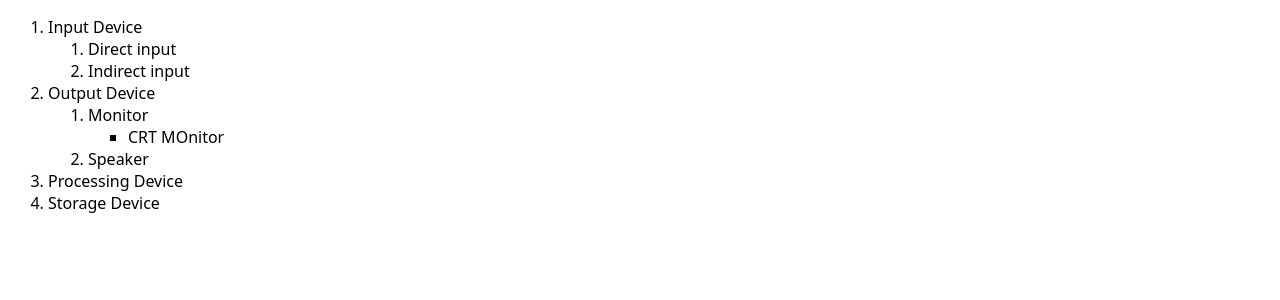
Repository: SharonSebastian32/Nested_List_in_html
Page: index.html
These files come from the project's save history. The page is drawn as it stood at one moment and after a run of saves; the edit follows.
The browser window is 1280 px wide. The pictures show the whole page.

Above is the page before, as saved 2024-09-01 07:33:22.

### index.html
<!DOCTYPE html>
<html lang="en">
  <head>
    <meta charset="UTF-8" />
    <meta name="viewport" content="width=device-width, initial-scale=1.0" />
    <title>Document</title>
    <link rel="stylesheet" href="./Styles/Styles.css" />
  </head>
  <body>
    <ol>
      <li>Input Device</li>
      <ol>
        <li>Direct input</li>
        <li>Indirect input</li>
      </ol>
      <li>Output Device</li>
      <ol>
        <li>Monitor</li>
        <ul>
            <li>CRT MOnitor</li>
        </ul>
        <li>Speaker</li>
      </ol>
      <li>Processing Device</li>
      <li>Storage Device</li>
    </ol>
  </body>
</html>

### Styles/Styles.css
*{
    font-family: system-ui, -apple-system, BlinkMacSystemFont, 'Segoe UI', Roboto, Oxygen, Ubuntu, Cantarell, 'Open Sans', 'Helvetica Neue', sans-serif;

}

After the next 3 saves:
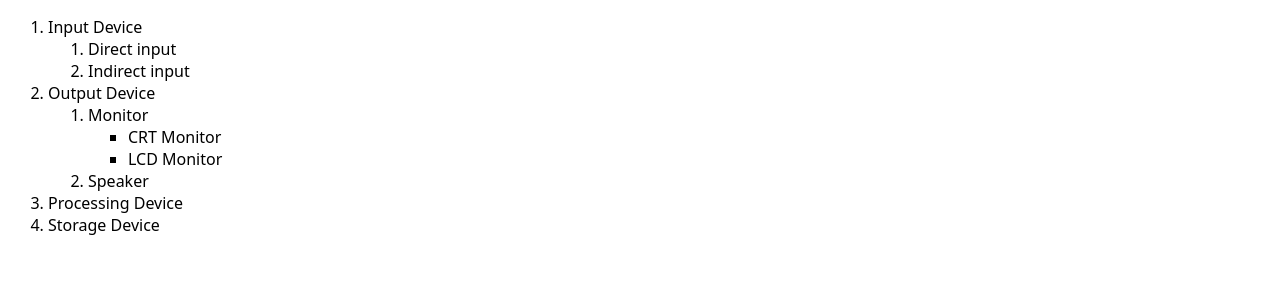
The 3 saves are shown as one change because they came seconds apart.
The last was saved 15 s later.
--- a/index.html
+++ b/index.html
@@ -17,7 +17,8 @@
       <ol>
         <li>Monitor</li>
         <ul>
-            <li>CRT MOnitor</li>
+            <li>CRT Monitor</li>
+            <li>LCD Monitor</li>
         </ul>
         <li>Speaker</li>
       </ol>
